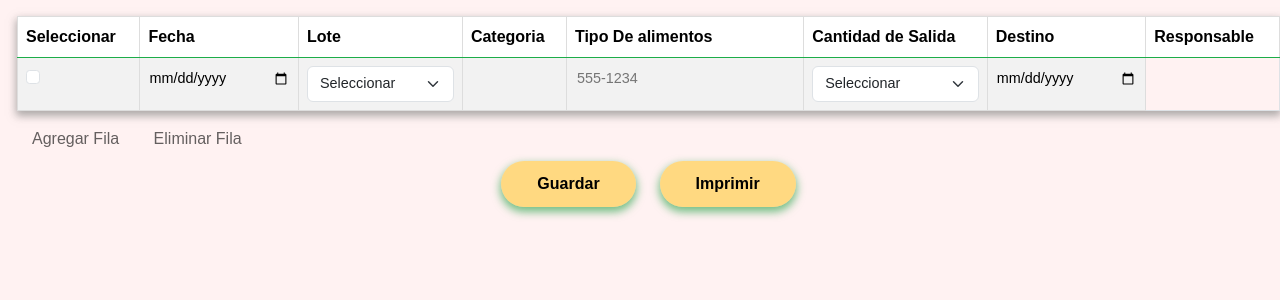
Repository: Mateojimenezz/Granja-Santa-Helena
Page: registroDiarioDeAlimentos.html
An editor plug-in stored every save of this project. The page is shown before and after a run of saves, followed by the edit.
The browser window is 1280 px wide. The pictures show the whole page.
Some web fonts or font styles are not loaded; a fallback is used.

Above is the page before, as saved 2025-04-22 15:45:02.

### registroDiarioDeAlimentos.html
<!DOCTYPE html>
<html lang="es">
<head>
    <meta charset="UTF-8">
    <meta name="viewport" content="width=device-width, initial-scale=1.0">
    <title>Registro Diario de Alimentos</title>
    <link href="https://cdn.jsdelivr.net/npm/bootstrap@5.3.3/dist/css/bootstrap.min.css" rel="stylesheet" integrity="sha384-QWTKZyjpPEjISv5WaRU9OFeRpok6YctnYmDr5pNlyT2bRjXh0JMhjY6hW+ALEwIH" crossorigin="anonymous">
     <link rel="stylesheet" href="https://cdn.jsdelivr.net/npm/bootstrap-icons@1.11.3/font/bootstrap-icons.min.css">
     <link rel="stylesheet" href="./assets/css/tablas.css"> <!-- Enlace a tu CSS -->
    <link href="https://fonts.googleapis.com/css2?family=Calistoga&display=swap" rel="stylesheet">
  </head>
<body>
    <main>
        <table class="table table-striped  mt-3 " id="userTable">
          <thead class="table">
            <tr>
              <th>Seleccionar</th> <!-- Nueva columna -->
              <th>Fecha</th>
              <th>Lote</th>
              <th>Categoria</th>
              <th>Tipo De alimentos</th>
              <th>Cantidad de Salida</th>
              <th>Destino</th>
              <th>Responsable</th>
            </tr>
          </thead>
          <tbody>
            <tr>
              <td>
                <input type="checkbox" class="form-check-input" />
              </td>
              <td>
                <input type="date" class="input-no-border" placeholder="555-1234" />

              </td>
              <td>
                <!-- Selector de Lote -->
                <select class="form-select">
                  <option selected disabled>Seleccionar</option> <!-- Opción predeterminada -->
                  <option value="Lote 1">lote 1</option>
                  <option value="Lote 2">Lote 2</option>
                  <option value="Lote 3">Lote 3</option>
                </select>
              </td>
              <td>

              <td>
                <input type="tel" class="input-no-border" placeholder="555-1234" />
              </td>
              <td>
                <!-- Selector proveedores -->
                <select class="form-select">
                  <option selected disabled>Seleccionar</option> <!-- Opción predeterminada -->
                  <option value="Proveedor 1">Proveedor 1</option>
                  <option value="Proveedor 2">Proveedor 2</option>
                  <option value="Proveedor 3">Proveedor 3</option>
                </select>
              </td>

              <td>
                <input type="date" class="input-no-border" placeholder="555-1234" />
              </td>
            </tr>
            <!-- Más filas aquí -->
          </tbody>
        </table>
        <a id="addUserButton" class=" btn-agregar-usuario mt-3">Agregar Fila</a>
        <a id="deleteUserButton" class=" btn-agregar-usuario mt-3">Eliminar Fila</a>
      </main>

      <footer class="d-flex justify-content-center align-items-center  text-white gap-4">
        <button class="btn ">Guardar</button>
        <button id="printButton" class="btn ">Imprimir</button>
      </footer>

      <script src="https://cdnjs.cloudflare.com/ajax/libs/jspdf/2.4.0/jspdf.umd.min.js"></script>
      <script src="https://cdnjs.cloudflare.com/ajax/libs/jspdf-autotable/3.5.25/jspdf.plugin.autotable.min.js"></script>
      <script src="https://cdn.jsdelivr.net/npm/bootstrap@5.3.3/dist/js/bootstrap.bundle.min.js" integrity="sha384-YvpcrYf0tY3lHB60NNkmXc5s9fDVZLESaAA55NDzOxhy9GkcIdslK1eN7N6jIeHz" crossorigin="anonymous"></script>
      <script src="/assets/js/inventarioDeAlimentos.js"></script> <!--  agregar y eliminar filas en la tabla-->
      <script src="/assets/js/imprimirtabla.js"></script> <!-- imprimir tabla -->

</body>

</html>

### assets/css/tablas.css
@import "./variables.css";
body {
  background-color: var(--color-FondoDiv2);
    font-family: Arial;
    margin-left: 17px;
    padding: 0;
  }


  table {
    width: 100%;
    border-collapse: collapse;
    margin: 0 auto;

  }

  table, th, td {
    border: 1px solid #ddd;
    box-shadow: 0 4px 8px 1px  rgba(120, 122, 120, 0.6) /* Sombra verde */

  }

  th, td {
    padding: 10px;
    text-align: left;
  }

  th {
    border-bottom: 1px solid var(--color-principal);


  }

  .btn {
    background-color: var(  --color-Botones);
    padding: 10px 35px;
    border-radius: 30px;
    color: black;
    font-weight: bold;
    box-shadow: 0 4px 8px 1px  rgba(25, 157, 60, 0.6) /* Sombra verde */
  }
  .btn:hover {
    background-color: #f4cf50; /* Tonalidad más oscura */
    color: black;
  }
  .btn:active {
    background-color:var(--color-principal)!important;
    color: white !important;
    box-shadow: none !important;
  }
  .btn-agregar-usuario {
    text-decoration: none;
    padding: 10px 15px;
    color:var(  --color-TextoMenuLateral);

  }
  .btn-agregar-usuario:hover {
    color:var(--color-principal); /* Cambia el color al pasar el mouse */
    text-decoration: underline; /* Subraya el texto */
  }

  /* Eliminar bordes de los inputs */
  .input-no-border {
    border: none; /* Sin bordes */
    outline: none; /* Sin resalte al enfocarse */
    background-color: transparent; /* Fondo transparente */
    width: 100%; /* Ocupa el ancho disponible */
  }

  /* Ajuste de tablas para diseño responsivo */
  #userTable {
    width: 100%; /* Ancho total de la tabla */
  }

  #userTable input,
  #userTable select {
    font-size: 0.9rem; /* Ajusta el tamaño del texto */
  }


  footer {
    text-align: center;
    padding: 10px;
  }
  @media (max-width: 768px) {
    .fixed-buttons {
      position: fixed;
      bottom: 20px;
      left: 20px;
      z-index: 1000;
    }

    #userTable {
      overflow-x: auto; /* Scroll horizontal en pantallas pequeñas */
      display: block;
    }
  }

  /* Opcional para mejorar el diseño */
  #userTable {
    width: 100%; /* Ocupa todo el ancho del contenedor */
  }

### assets/js/inventarioDeAlimentos.js
 // Función para añadir una nueva fila a la tabla
 const addUserButton = document.getElementById('addUserButton');
 const userTableBody = document.querySelector('#userTable tbody');


 addUserButton.addEventListener('click', function () {
   const newRow = document.createElement('tr');

   newRow.innerHTML = `
     <td>
       <input type="checkbox" class="form-check-input" />
     </td>
     <td>
       <input type="text" class="input-no-border" placeholder="Nombre" />
     </td>
     <td>
       <input type="text" class="input-no-border" placeholder="Identificación" />
     </td>
     <td>
       <input type="email" class="input-no-border" placeholder="Email" />
     </td>
     <td>
       <input type="tel" class="input-no-border" placeholder="Teléfono" />
     </td>
     <td>
        <select class="form-select">
            <option selected disabled>Seleccionar</option> <!-- Opción predeterminada -->
            <option value="Proveedor 1">Proveedor 1</option>
            <option value="Proveedor 2">Proveedor 2</option>
            <option value="Proveedor 3">Proveedor 3</option>
        </select>
    </td>
    <td>
         <select class="form-select">
            <option selected disabled>Seleccionar</option> <!-- Opción predeterminada -->
            <option value="Lote 1">lote 1</option>
            <option value="Lote 2">Lote 2</option>
            <option value="Lote 3">Lote 3</option>
        </select>
    </td>
     <td>
        <input type="date" class="input-no-border" placeholder="555-1234" />
      </td>

   `;

   userTableBody.appendChild(newRow);
 });
 // Función para eliminar la fila seleccionada o la última fila si no hay ninguna seleccionada
 deleteUserButton.addEventListener('click', function () {
    // Buscar filas seleccionadas
    const selectedRows = Array.from(document.querySelectorAll('#userTable tbody tr')).filter(row => {
      const checkbox = row.querySelector('.form-check-input');
      return checkbox && checkbox.checked;
    });

    if (selectedRows.length > 0) {
      // Eliminar las filas seleccionadas
      selectedRows.forEach(row => row.remove());
    } else {
      // Si no hay filas seleccionadas, eliminar la última fila
      const rows = document.querySelectorAll('#userTable tbody tr');
      if (rows.length > 0) {
        rows[rows.length - 1].remove();
      }
    }
  });

  printButton.addEventListener('click', function () {
    // Crear un nuevo documento PDF
    const { jsPDF } = window.jspdf;
    const doc = new jsPDF();

    // Obtener los datos de la tabla
    const table = document.getElementById('userTable');
    doc.autoTable({
      head: [['Seleccionar', 'Nombre', 'Identificación', 'Email', 'Teléfono', 'Rol', 'Asignar Permisos']], // Encabezados
      body: Array.from(table.querySelectorAll('tbody tr')).map(row => {
        return Array.from(row.cells).map(cell => {
          const input = cell.querySelector('input, select');
          return input ? input.value || input.options[input.selectedIndex]?.text : cell.textContent.trim();
        });
      }),
    });

    // Guardar como archivo PDF
    doc.save('tabla_usuarios.pdf'); // Nombre del archivo
  });

### assets/js/imprimirtabla.js
// Este script se encarga de imprimir la tabla de usuarios en formato PDF
  const printButton = document.getElementById('printButton');
  printButton.addEventListener('click', function () {
    // Crear un nuevo documento PDF
    const { jsPDF } = window.jspdf;
    const doc = new jsPDF();

    // Obtener los datos de la tabla
    const table = document.getElementById('userTable');
    doc.autoTable({
      head: [['Seleccionar', 'Nombre', 'Identificación', 'Email', 'Teléfono', 'Rol', 'Asignar Permisos']], // Encabezados
      body: Array.from(table.querySelectorAll('tbody tr')).map(row => {
        return Array.from(row.cells).map(cell => {
          const input = cell.querySelector('input, select');
          return input ? input.value || input.options[input.selectedIndex]?.text : cell.textContent.trim();
        });
      }),
    });

    // Guardar como archivo PDF
    doc.save('tabla_usuarios.pdf'); // Nombre del archivo
  });

### assets/css/variables.css
/* variables.css */
:root {
    --color-principal: #1CAD48 ;
    --color-Botones: rgba(255, 187, 0, 0.47);
    --color-texto: white;
    --color-fondo: #f5f5f5;
    --font-principal: 'calistoga','arial';
    --color-fondoDiv: #F8E91C;
    --color-FondoDiv2:#FFF2F2;
    --color-Footter: #D9D9D9;
    --letra-gris: #B0B0B7;
    --color-menu-lateral:#BDEAAD;
    --color-TextoMenuLateral:#645f5f; /* Color de texto del menú lateral */
    --fondo-formularios:#FFFFFF; /* Color de fondo de los formularios */
  }

After the next 3 saves:
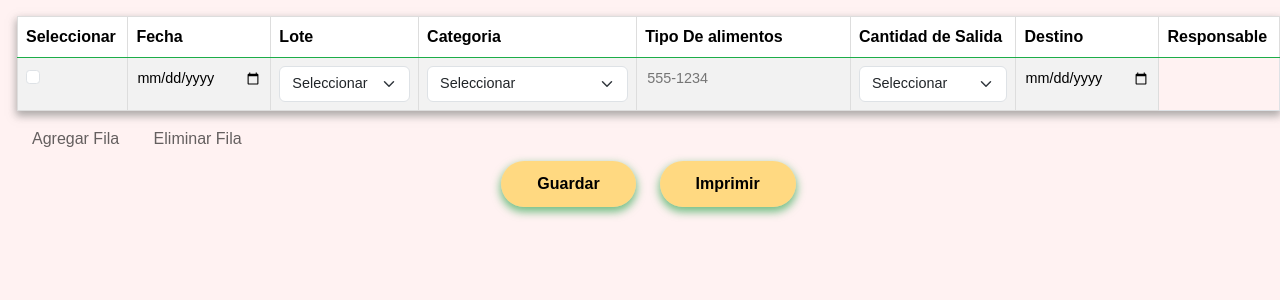
The 3 saves are shown as one change because they came seconds apart.
The last was saved 9 s later.
--- a/registroDiarioDeAlimentos.html
+++ b/registroDiarioDeAlimentos.html
@@ -43,6 +43,18 @@
                 </select>
               </td>
               <td>
+                <!-- Selector de Categorías -->
+                <select class="form-select">
+                  <option selected disabled>Seleccionar</option> <!-- Opción predeterminada -->
+                  <option value="Energeticos">Alimentos Energéticos</option>
+                  <option value="Proteicos">Alimentos Proteicos</option>
+                  <option value="Fibrosos">Alimentos Fibrosos</option>
+                  <option value="Minerales">Alimentos Minerales</option>
+                  <option value="Vitaminas">Vitaminas</option>
+                </select>
+              </td>
+
+
 
               <td>
                 <input type="tel" class="input-no-border" placeholder="555-1234" />
